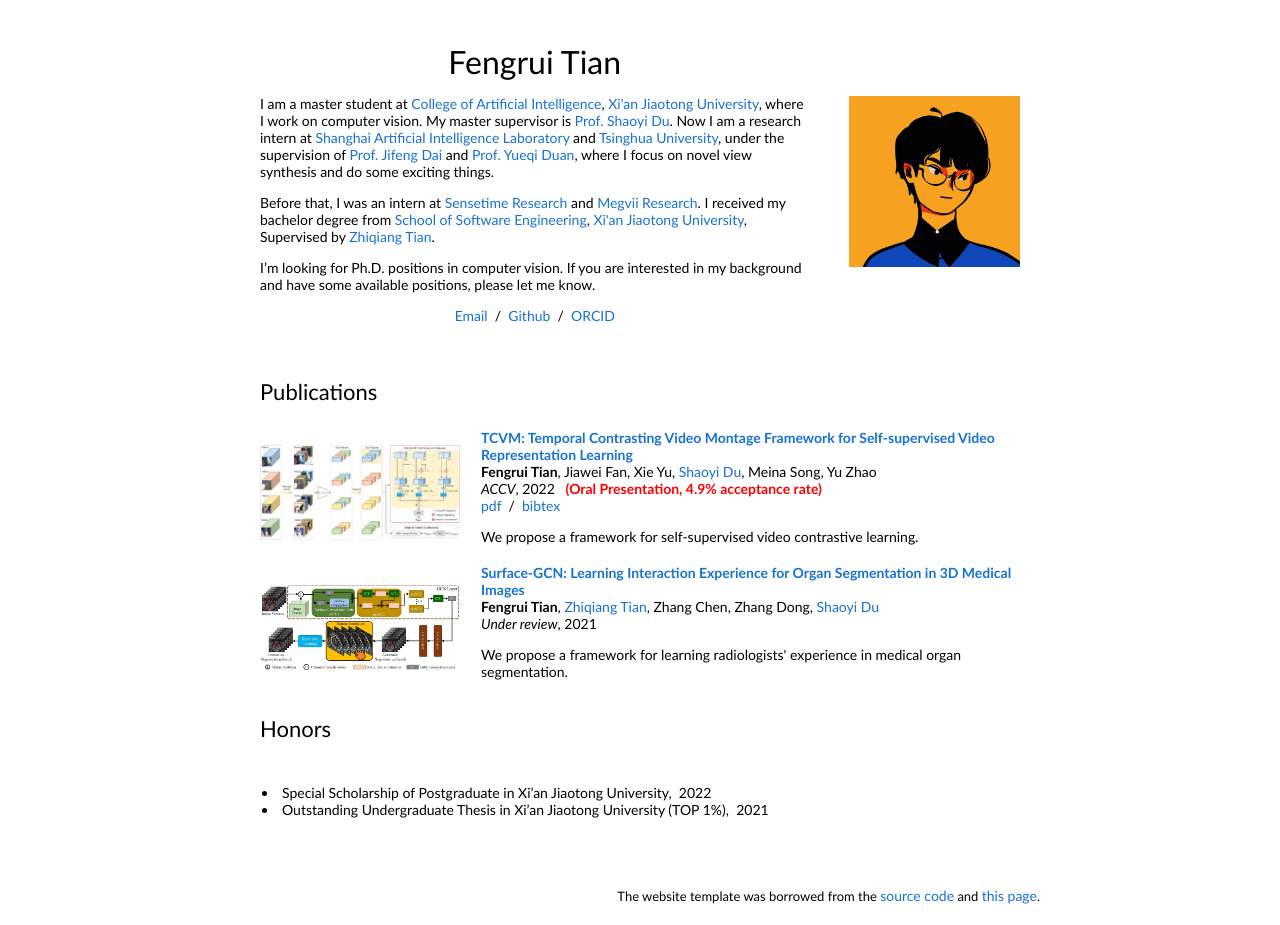
Repository: tianfr/tianfr.github.io
Page: index.html
An editor plug-in stored every save of this project. The page is shown before and after the next save, followed by the edit.
The browser window is 1280 px wide. The pictures show the whole page.

Above is the page before, as saved 2022-11-20 16:16:06.

### index.html
<!DOCTYPE HTML>
<html lang="en"><head><meta http-equiv="Content-Type" content="text/html; charset=UTF-8">

  <title>Fengrui Tian </title>

  <meta name="author" content="Fengrui Tian">
  <meta name="viewport" content="width=device-width, initial-scale=1">

  <link rel="stylesheet" type="text/css" href="stylesheet.css">
	<link rel="icon" href="data:[embedded picture, 141 characters]">
</head>

<body>
  <table style="width:100%;max-width:800px;border:0px;border-spacing:0px;border-collapse:separate;margin-right:auto;margin-left:auto;"><tbody>
    <tr style="padding:0px">
      <td style="padding:0px">
        <table style="width:100%;border:0px;border-spacing:0px;border-collapse:separate;margin-right:auto;margin-left:auto;"><tbody>
          <tr style="padding:0px">
            <td style="padding:2.5%;width:70%;vertical-align:middle">
              <p style="text-align:center">
                <name>
                  Fengrui Tian
                  <!-- <font face="KaiTi" size="6">田丰瑞</font> -->
                </name>
              </p>
              <p>I am a master student at <a href="http://iair.xjtu.edu.cn/">College of Artificial Intelligence</a>, <a href="http://www.xjtu.edu.cn/">Xi'an Jiaotong University</a>, where I work on computer vision. My master supervisor is <a href="https://gr.xjtu.edu.cn/en/web/dushaoyi/home">Prof. Shaoyi Du</a>. Now I am a research intern at <a href="https://www.shlab.org.cn/">Shanghai Artificial Intelligence Laboratory</a> and <a href="https://www.tsinghua.edu.cn/">Tsinghua University</a>, under the supervision of <a href="https://jifengdai.org/">Prof. Jifeng Dai</a> and  <a href="https://duanyueqi.github.io/">Prof. Yueqi Duan</a>, where I focus on novel view synthesis and do some exciting things.
              </p>
              <p> Before that, I was an intern at <a href="https://www.sensetime.com/">Sensetime Research</a> and
                <a href="https://www.megvii.com/">Megvii Research</a>. I received my bachelor degree from  <a href="https://blog.google/products/google-ar-vr/introducing-next-generation-jump/">School of Software Engineering</a>, <a href="http://www.xjtu.edu.cn/">Xi'an Jiaotong University</a>, Supervised by <a href="https://gr.xjtu.edu.cn/en/web/zhiqiangtian/home">Zhiqiang Tian</a>.
              </p>
              <p>  I’m looking for Ph.D. positions in computer vision. If you are interested in my background and have some available positions, please let me know.
              </p>
              <p style="text-align:center">
                <a href="mailto:tianfr@stu.xjtu.edu.cn">Email</a> &nbsp/&nbsp
                <!-- <a href="data/JonBarron-CV.pdf">CV</a> &nbsp/&nbsp -->
                <!-- <a href="data/JonBarron-bio.txt">Bio</a> &nbsp/&nbsp -->
                <!-- <a href="https://scholar.google.com/citations?hl=en&user=jktWnL8AAAAJ">Google Scholar</a> &nbsp/&nbsp -->
                <!-- <a href="https://twitter.com/jon_barron">Twitter</a> &nbsp/&nbsp -->
                <a href="https://github.com/tianfr/">Github</a> &nbsp/&nbsp
                <a href="https://orcid.org/0000-0002-9577-5276">ORCID</a>
              </p>
            </td>
            <td style="padding:2.5%;width:25%;max-width:25%">
              <a href="images/Fengrui_Tian_avatar.jpg"><img style="width:100%;max-width:100%" alt="profile photo" src="images/Fengrui_Tian_avatar.jpg" class="hoverZoomLink"></a>
            </td>
          </tr>
        <!-- </tbody></table>
        <table style="width:100%;border:0px;border-spacing:0px;border-collapse:separate;margin-right:auto;margin-left:auto;"><tbody>
            <tr>
            <td style="padding:20px;width:100%;vertical-align:middle">
              <heading>Research</heading>
              <p>
                I'm interested in computer vision, machine learning, optimization, and image processing. Much of my research is about inferring the physical world (shape, motion, color, light, etc) from images. Representative papers are <span class="highlight">highlighted</span>.
              </p>
            </td>
          </tr>
        </tbody></table> -->
        <table width="100%" align="center" border="0" cellspacing="0" cellpadding="20"><tbody>
          <tr>
            <td>
              <heading>Publications</heading>
            </td>
          </tr>
        </tbody></table>
        <table style="width:100%;border:0px;border-spacing:0px;border-collapse:separate;margin-right:auto;margin-left:auto;"><tbody>

          <tr onmouseout="dreamfusion_stop()" onmouseover="dreamfusion_start()">
            <td style="padding:20px;width:25%;vertical-align:middle">
              <img src="images/tcvm_overview.jpg" alt="prl" width="200" height="95">
            </td>
            <!-- <td style="padding:20px;width:25%;vertical-align:middle">
              <div class="one">
                <div class="two" id='dreamfusion_image'><video  width=100% height=100% muted autoplay loop>
                <source src="images/dreamfusion.mp4" type="video/mp4">
                Your browser does not support the video tag.
                </video></div>
                <img src='images/tcvm_overview.jpg' width="160">
              </div>
              <script type="text/javascript">
                function dreamfusion_start() {
                  document.getElementById('dreamfusion_image').style.opacity = "1";
                }

                function dreamfusion_stop() {
                  document.getElementById('dreamfusion_image').style.opacity = "0";
                }
                dreamfusion_stop()
              </script>
            </td> -->
            <!-- <td style="padding:20px;width:75%;vertical-align:middle"> -->
            <td width="75%" valign="middle">
              <a href="paper/22accv_tcvm.pdf">
                <papertitle>TCVM: Temporal Contrasting Video Montage Framework for Self-supervised Video Representation Learning</papertitle>
              </a>
              <br>
              <strong>Fengrui Tian</strong>,
              Jiawei Fan,
              Xie Yu,
              <a href="https://gr.xjtu.edu.cn/en/web/dushaoyi/home">Shaoyi Du</a>,
              Meina Song,
              Yu Zhao
              <br>
              <em>ACCV</em>, 2022 &nbsp <font color="red"><strong>(Oral Presentation, 4.9% acceptance rate)</strong></font>
              <br>
              <a href="paper/22accv_tcvm.pdf">pdf</a>  &nbsp/&nbsp
              <a href="data/accv22TCVM.bib">bibtex</a>
              <p></p>
              <p>
              We propose a framework for self-supervised video contrastive learning.
              </p>
            </td>
          </tr>


          <tr>
            <td style="padding:20px;width:25%;vertical-align:middle">
              <img src="images/surfacegcn.jpg" alt="prl" width="200" height="85">
            </td>
            <td width="75%" valign="middle">
              <a href="">
                <papertitle>Surface-GCN: Learning Interaction Experience for Organ Segmentation in 3D Medical Images</papertitle>
              </a>
              <br>
              <strong>Fengrui Tian</strong>,
              <a href="https://gr.xjtu.edu.cn/en/web/zhiqiangtian/home">Zhiqiang Tian</a>,
              Zhang Chen,
              Zhang Dong,
              <a href="https://gr.xjtu.edu.cn/en/web/dushaoyi/home">Shaoyi Du</a>
              <br>
              <em>Under review</em>, 2021
              <br>
              <!-- <a href="data/BarronPRL2009.bib">bibtex</a> -->
              <p>We propose a framework for learning radiologists' experience in medical organ segmentation.</p>
            </td>
          </tr>

        </tbody></table>


        <table width="100%" align="center" border="0" cellspacing="0" cellpadding="20"><tbody>
          <tr>
            <td>
              <heading>Honors</heading>
            </td>
          </tr>
        </tbody></table>
        <table width="100%" align="center" border="0" cellpadding="20"><tbody>
          <tr>
            <td style="padding:20px;width:100%;vertical-align:middle">
              <li>Special Scholarship of Postgraduate in Xi’an Jiaotong University,&nbsp; 2022 </li>
              <li>Outstanding Undergraduate Thesis in Xi’an Jiaotong University (TOP 1%),&nbsp; 2021 </li> <br>
          </td>

          </tr>


        </tbody></table>
        <table style="width:100%;border:0px;border-spacing:0px;border-collapse:separate;margin-right:auto;margin-left:auto;"><tbody>
          <tr>
            <td style="padding:0px">
              <br>
              <p style="text-align:right;font-size:small;">
                The website template was borrowed from the <a href="https://github.com/jonbarron/website">source code</a> and <a href="https://jonbarron.info/"> this page</a>.
              </p>
            </td>
          </tr>
        </tbody></table>
      </td>
    </tr>
  </table>
</body>

</html>

### stylesheet.css
/* latin-ext */
@font-face {
  font-family: 'Lato';
  font-style: italic;
  font-weight: 400;
  src: local('Lato Italic'), local('Lato-Italic'), url(https://fonts.gstatic.com/s/lato/v15/S6u8w4BMUTPHjxsAUi-qNiXg7eU0.woff2) format('woff2');
  unicode-range: U+0100-024F, U+0259, U+1E00-1EFF, U+2020, U+20A0-20AB, U+20AD-20CF, U+2113, U+2C60-2C7F, U+A720-A7FF;
}
/* latin */
@font-face {
  font-family: 'Lato';
  font-style: italic;
  font-weight: 400;
  src: local('Lato Italic'), local('Lato-Italic'), url(https://fonts.gstatic.com/s/lato/v15/S6u8w4BMUTPHjxsAXC-qNiXg7Q.woff2) format('woff2');
  unicode-range: U+0000-00FF, U+0131, U+0152-0153, U+02BB-02BC, U+02C6, U+02DA, U+02DC, U+2000-206F, U+2074, U+20AC, U+2122, U+2191, U+2193, U+2212, U+2215, U+FEFF, U+FFFD;
}
/* latin-ext */
@font-face {
  font-family: 'Lato';
  font-style: italic;
  font-weight: 700;
  src: local('Lato Bold Italic'), local('Lato-BoldItalic'), url(https://fonts.gstatic.com/s/lato/v15/S6u_w4BMUTPHjxsI5wq_FQftx9897sxZ.woff2) format('woff2');
  unicode-range: U+0100-024F, U+0259, U+1E00-1EFF, U+2020, U+20A0-20AB, U+20AD-20CF, U+2113, U+2C60-2C7F, U+A720-A7FF;
}
/* latin */
@font-face {
  font-family: 'Lato';
  font-style: italic;
  font-weight: 700;
  src: local('Lato Bold Italic'), local('Lato-BoldItalic'), url(https://fonts.gstatic.com/s/lato/v15/S6u_w4BMUTPHjxsI5wq_Gwftx9897g.woff2) format('woff2');
  unicode-range: U+0000-00FF, U+0131, U+0152-0153, U+02BB-02BC, U+02C6, U+02DA, U+02DC, U+2000-206F, U+2074, U+20AC, U+2122, U+2191, U+2193, U+2212, U+2215, U+FEFF, U+FFFD;
}
/* latin-ext */
@font-face {
  font-family: 'Lato';
  font-style: normal;
  font-weight: 400;
  src: local('Lato Regular'), local('Lato-Regular'), url(https://fonts.gstatic.com/s/lato/v15/S6uyw4BMUTPHjxAwXiWtFCfQ7A.woff2) format('woff2');
  unicode-range: U+0100-024F, U+0259, U+1E00-1EFF, U+2020, U+20A0-20AB, U+20AD-20CF, U+2113, U+2C60-2C7F, U+A720-A7FF;
}
/* latin */
@font-face {
  font-family: 'Lato';
  font-style: normal;
  font-weight: 400;
  src: local('Lato Regular'), local('Lato-Regular'), url(https://fonts.gstatic.com/s/lato/v15/S6uyw4BMUTPHjx4wXiWtFCc.woff2) format('woff2');
  unicode-range: U+0000-00FF, U+0131, U+0152-0153, U+02BB-02BC, U+02C6, U+02DA, U+02DC, U+2000-206F, U+2074, U+20AC, U+2122, U+2191, U+2193, U+2212, U+2215, U+FEFF, U+FFFD;
}
/* latin-ext */
@font-face {
  font-family: 'Lato';
  font-style: normal;
  font-weight: 700;
  src: local('Lato Bold'), local('Lato-Bold'), url(https://fonts.gstatic.com/s/lato/v15/S6u9w4BMUTPHh6UVSwaPGQ3q5d0N7w.woff2) format('woff2');
  unicode-range: U+0100-024F, U+0259, U+1E00-1EFF, U+2020, U+20A0-20AB, U+20AD-20CF, U+2113, U+2C60-2C7F, U+A720-A7FF;
}
/* latin */
@font-face {
  font-family: 'Lato';
  font-style: normal;
  font-weight: 700;
  src: local('Lato Bold'), local('Lato-Bold'), url(https://fonts.gstatic.com/s/lato/v15/S6u9w4BMUTPHh6UVSwiPGQ3q5d0.woff2) format('woff2');
  unicode-range: U+0000-00FF, U+0131, U+0152-0153, U+02BB-02BC, U+02C6, U+02DA, U+02DC, U+2000-206F, U+2074, U+20AC, U+2122, U+2191, U+2193, U+2212, U+2215, U+FEFF, U+FFFD;
}

a {
  color: #1772d0;
  text-decoration: none;
}

a:focus,
a:hover {
  color: #f09228;
  text-decoration: none;
}

body,
td,
th,
tr,
p,
a {
  font-family: 'Lato', Verdana, Helvetica, sans-serif;
  font-size: 14px
}

strong {
  font-family: 'Lato', Verdana, Helvetica, sans-serif;
  font-size: 14px;
}

heading {
  font-family: 'Lato', Verdana, Helvetica, sans-serif;
  font-size: 22px;
}

papertitle {
  font-family: 'Lato', Verdana, Helvetica, sans-serif;
  font-size: 14px;
  font-weight: 700
}

name {
  font-family: 'Lato', Verdana, Helvetica, sans-serif;
  font-size: 32px;
}

.one {
  width: 160px;
  height: 160px;
  position: relative;
}

.two {
  width: 160px;
  height: 160px;
  position: absolute;
  transition: opacity .2s ease-in-out;
  -moz-transition: opacity .2s ease-in-out;
  -webkit-transition: opacity .2s ease-in-out;
}

.fade {
  transition: opacity .2s ease-in-out;
  -moz-transition: opacity .2s ease-in-out;
  -webkit-transition: opacity .2s ease-in-out;
}

span.highlight {
  background-color: #ffffd0;
}

After the next save:
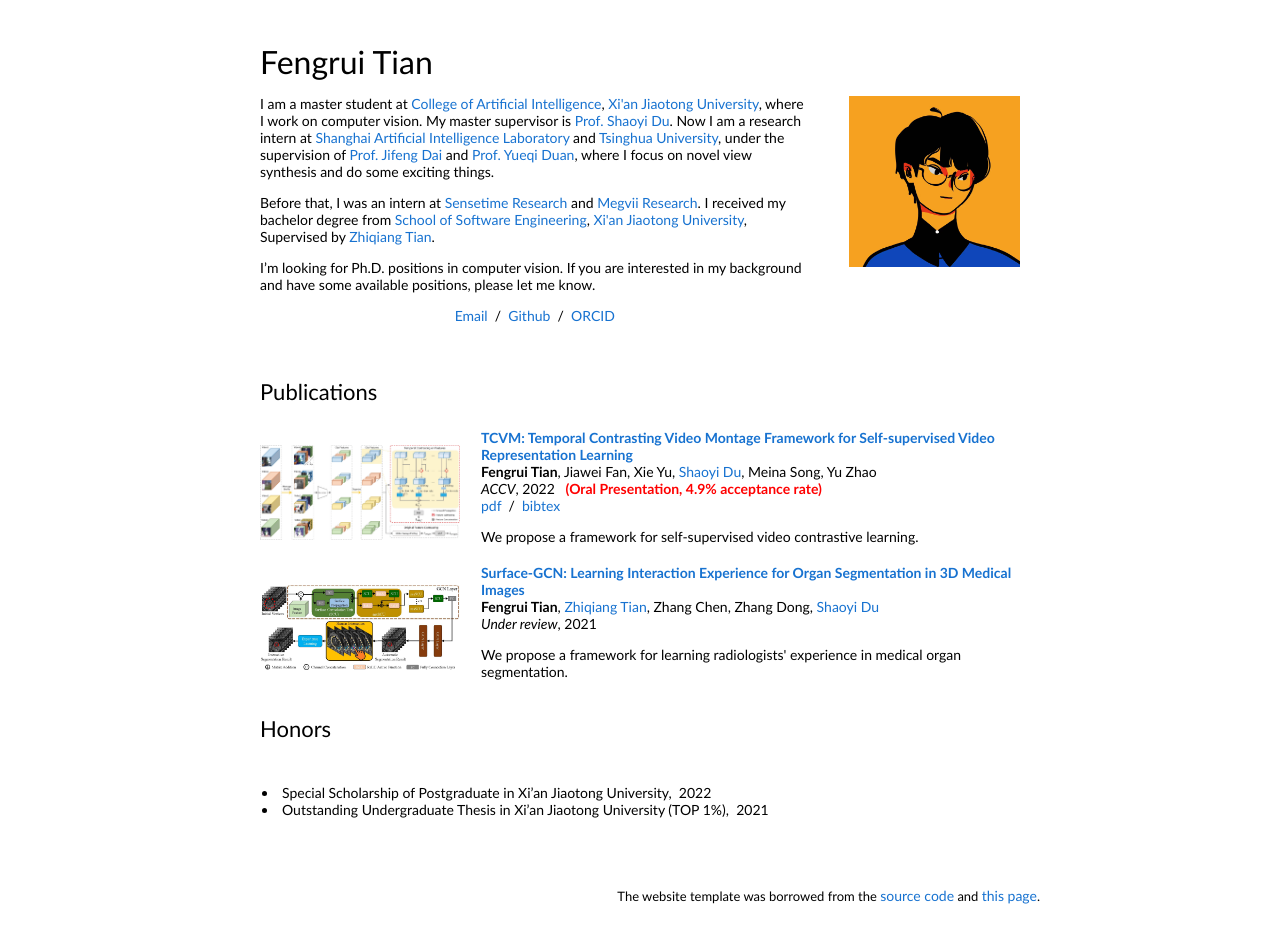
Saved 28 s later.
--- a/index.html
+++ b/index.html
@@ -17,7 +17,7 @@
         <table style="width:100%;border:0px;border-spacing:0px;border-collapse:separate;margin-right:auto;margin-left:auto;"><tbody>
           <tr style="padding:0px">
             <td style="padding:2.5%;width:70%;vertical-align:middle">
-              <p style="text-align:center">
+              <p style="text-align:justify">
                 <name>
                   Fengrui Tian
                   <!-- <font face="KaiTi" size="6">田丰瑞</font> -->

After the save that followed:
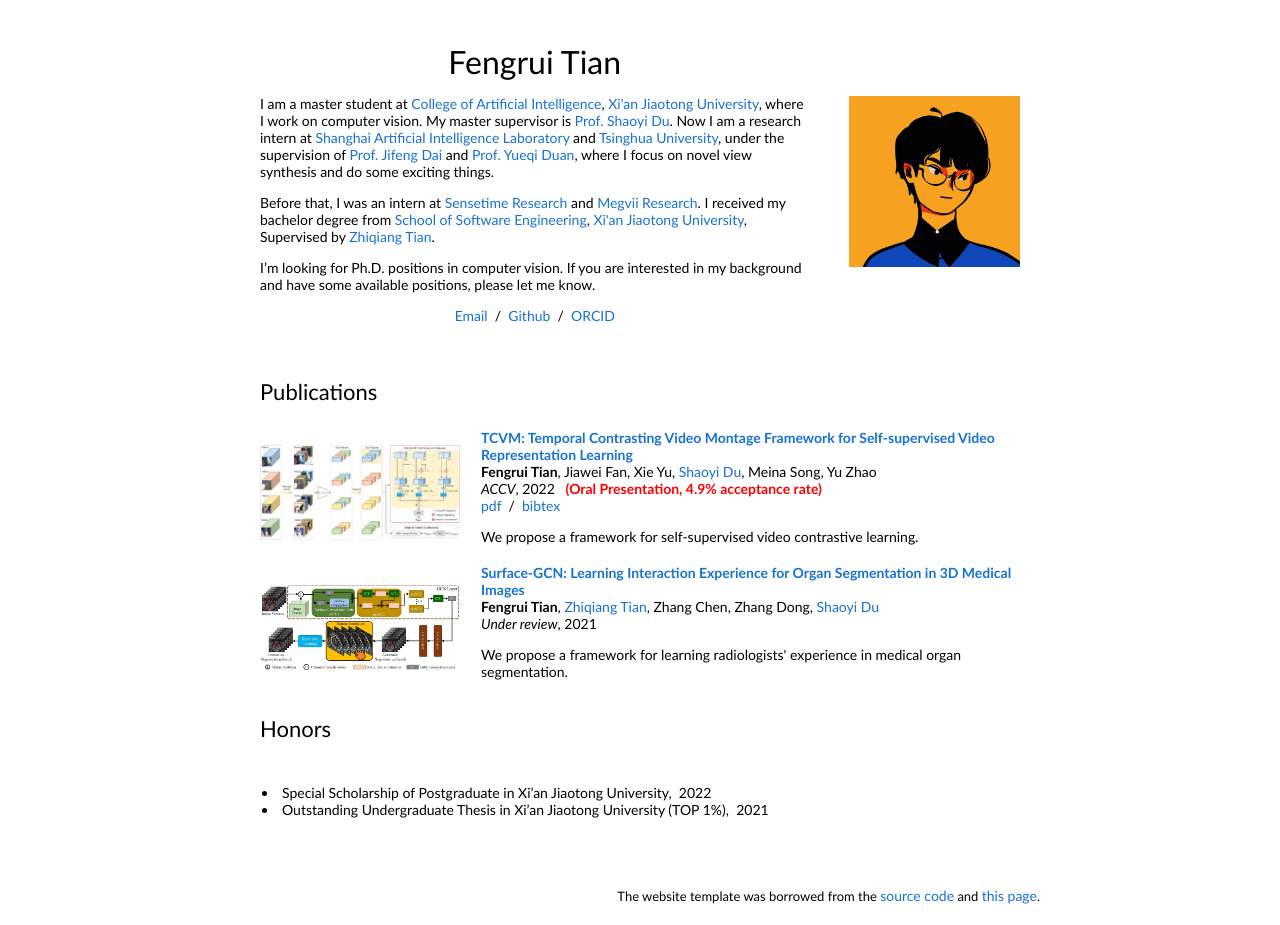
Saved 7 s later.
--- a/index.html
+++ b/index.html
@@ -17,7 +17,7 @@
         <table style="width:100%;border:0px;border-spacing:0px;border-collapse:separate;margin-right:auto;margin-left:auto;"><tbody>
           <tr style="padding:0px">
             <td style="padding:2.5%;width:70%;vertical-align:middle">
-              <p style="text-align:justify">
+              <p style="text-align:center">
                 <name>
                   Fengrui Tian
                   <!-- <font face="KaiTi" size="6">田丰瑞</font> -->
